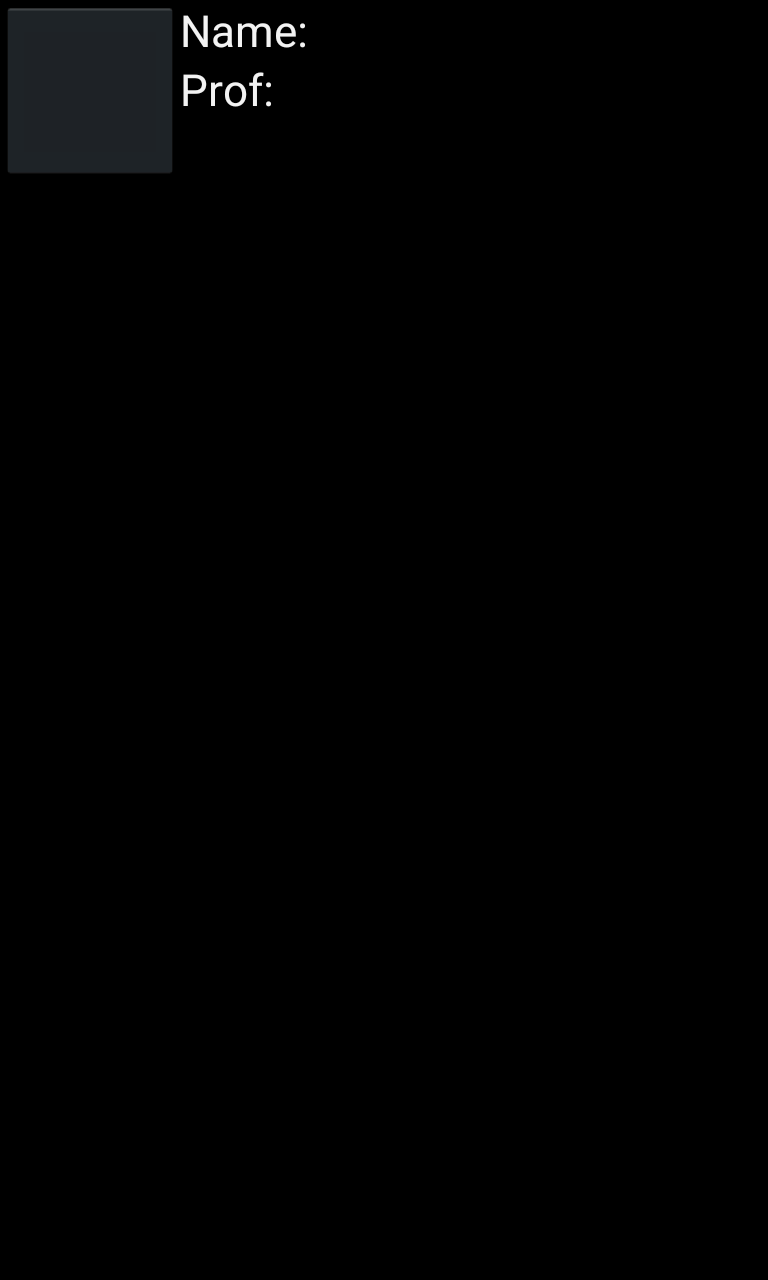
Repository: prayasjain/BunkMonitorApp
Layout: BunkMonitor/res/layout/subject_input.xml
These files come from the project's save history. The layout is drawn as it stood at one moment and after the next save; the edit follows.
It is drawn on a 768 x 1280 px phone screen (xhdpi) without system bars, with theme android:Theme.Holo; the app's code is not run.

Above is the layout before, as saved 2015-08-05 10:49:10.

### BunkMonitor/res/layout/subject_input.xml
<?xml version="1.0" encoding="utf-8"?>
<LinearLayout xmlns:android="http://schemas.android.com/apk/res/android"
    android:layout_width="match_parent"
    android:layout_height="match_parent"
    android:orientation="vertical" >

    <LinearLayout
        android:layout_width="wrap_content"
        android:layout_height="wrap_content"
        android:orientation="horizontal" >

        <Button
            android:id="@+id/bImage"
            android:layout_width="90dp"
            android:layout_height="90dp" />

        <LinearLayout
            android:layout_height="match_parent"
            android:layout_width="wrap_content"
            android:orientation="vertical">

            <TextView
                android:id="@+id/tvName"
                android:layout_width="wrap_content"
                android:layout_height="wrap_content"
                android:text="Name:"
                android:textAppearance="?android:attr/textAppearanceLarge" />


            <TextView
                android:id="@+id/tvProf"
                android:layout_width="wrap_content"
                android:layout_height="wrap_content"
                android:text="Prof:"
                android:textAppearance="?android:attr/textAppearanceLarge" />

        </LinearLayout>
    </LinearLayout>

</LinearLayout>

After the next save:
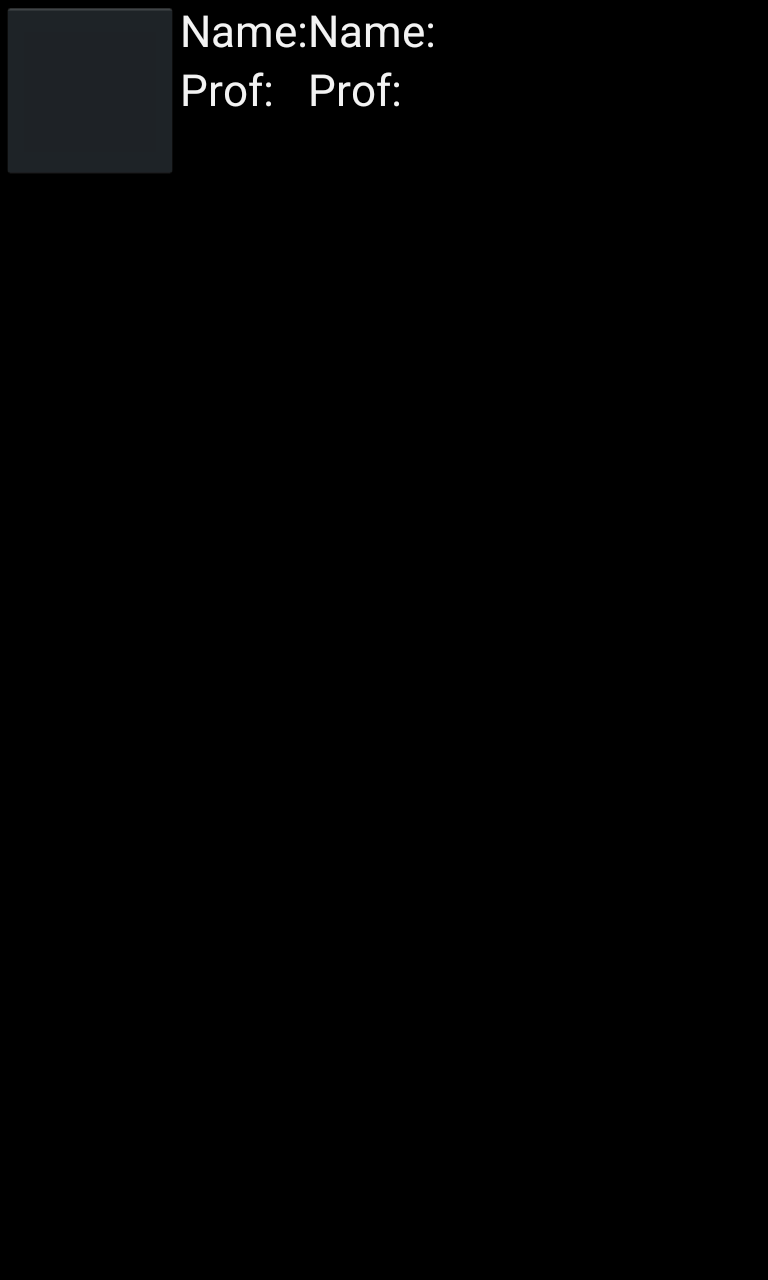
Saved 27 s later.
--- a/BunkMonitor/res/layout/subject_input.xml
+++ b/BunkMonitor/res/layout/subject_input.xml
@@ -35,6 +35,27 @@
                 android:textAppearance="?android:attr/textAppearanceLarge" />
 
         </LinearLayout>
+        <LinearLayout
+            android:layout_height="match_parent"
+            android:layout_width="wrap_content"
+            android:orientation="vertical">
+
+            <TextView
+                android:id="@+id/etName"
+                android:layout_width="wrap_content"
+                android:layout_height="wrap_content"
+                android:text="Name:"
+                android:textAppearance="?android:attr/textAppearanceLarge" />
+
+
+            <TextView
+                android:id="@+id/tvProf"
+                android:layout_width="wrap_content"
+                android:layout_height="wrap_content"
+                android:text="Prof:"
+                android:textAppearance="?android:attr/textAppearanceLarge" />
+
+        </LinearLayout>
     </LinearLayout>
 
 </LinearLayout>
